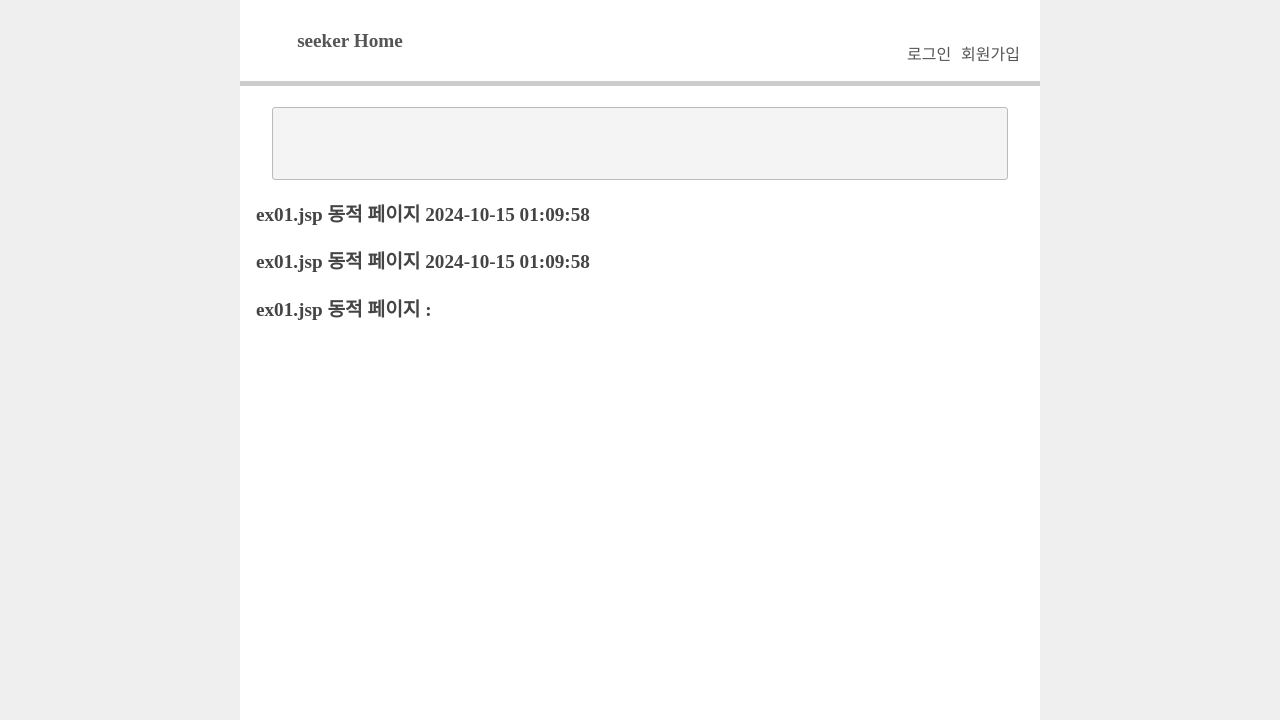
Repository: Seeker2250/JspTest
Page: http://localhost/jspPro/days01/ex01.jsp
An editor plug-in stored every save of this project. The page is shown before and after the next save, followed by the edit.
The browser window is 1280 px wide. The pictures show the whole page.
Some web fonts or font styles are not loaded; a fallback is used. The page is served by Tomcat 9. Other server files are loaded and not shown.

Above is the page before, as saved 2024-10-15 03:10:39.
Console error: SyntaxError: Unexpected number

### jspPro/src/main/webapp/days01/ex01.jsp
<%@page import="java.text.DateFormat"%>
<%@page import="java.text.SimpleDateFormat"%>
<%@page import="java.util.Date"%>
<%@ page language="java" contentType="text/html; charset=UTF-8"
    pageEncoding="UTF-8"%>
<%
	//scriptlet
	//java 코딩.

	String pattern = "yyyy-MM-dd hh:mm:ss";
	DateFormat dateFormat = new SimpleDateFormat(pattern);
	Date now = new Date();
	String strNow = dateFormat.format(now);
    //System.out.println("Date is " + strNow);
%>
<!DOCTYPE html>
<html>
<head>
<meta charset="UTF-8">
<title>Insert title here</title>
<link rel="shortcut icon" type="image/x-icon" href="http://localhost/jspPro/images/SiSt.ico">
<script src="https://ajax.googleapis.com/ajax/libs/jquery/3.7.1/jquery.min.js"></script>
<meta name="viewport" content="width=device-width, initial-scale=1.0">
<link rel="stylesheet" href="http://localhost/jspPro/resources/cdn-main/example.css">
<script src="http://localhost/jspPro/resources/cdn-main/example.js"></script>
<style>
 span.material-symbols-outlined{
    vertical-align: text-bottom;
 }
</style>
</head>
<body>
<header>
  <h1 class="main"><a href="#" style="position: absolute;top:30px;">seeker Home</a></h1>
  <ul>
    <li><a href="#">로그인</a></li>
    <li><a href="#">회원가입</a></li>
  </ul>
</header>
<div>
 <xmp class="code">

  </xmp>
  <h3>ex01.jsp 동적 페이지 <%= strNow %></h3><!-- 이건 expression이야. 내부적으론 scriptlet으로 바뀌어 -->
  <h3>ex01.jsp 동적 페이지 <% out.println(strNow); %></h3><!-- 이건 scriptlet -->
  <!-- out이 출력 담당하는 내부 객체야 출력 스트림 객체 -->

  <h3>ex01.jsp 동적 페이지 : <span id="now"></span></h3>
  <script>
  	let now = <%= strNow %>;
  	$("#now").html("now");
  </script>
</div>
</body>
</html>

### jspPro/src/main/webapp/resources/cdn-main/example.css
@charset "UTF-8";

@import url('https://fonts.googleapis.com/css2?family=Material+Symbols+Outlined:opsz,wght,FILL,GRAD@20..48,100..700,0..1,-50..200');

@font-face {
    font-family: 'GmarketSansMedium';
    src: url('https://cdn.jsdelivr.net/gh/projectnoonnu/noonfonts_2001@1.1/GmarketSansMedium.woff') format('woff');
    font-weight: normal;
    font-style: normal;
}

:root {
	--text-color: #555;
	--sub-text-color: #777;
	--back-color: #EFEFEF;
	--header-color: #444;
	--primary-color: #DEDEDE;
	--secondary-color: #EFEFEF;
	--default-width: 800px;
	--narrow-width: 500px;
	--wide-width: 1200px;
	--text-font: 'GmarketSansMedium';
	--icon-font: 'Material Symbols Outlined';
	--border-color: #CCC;
}

html, body {
	margin: 0;
	padding: 0;
}

html {
	background-color: var(--back-color);
	display: flex;
	justify-content: center;
	min-height: 100vh;
}

body, body.default {
	width: var(--default-width);
	background-color: white;
	padding-bottom: 120px;
}

body.wide {
	width: var(--wide-width);
}

body.narrow {
	width: var(--narrow-width);
}



body, p, div, span, a, input, select, option, textarea, button, table, th, td, label, fieldset, legend {
	font-family: var(--text-font);
	color: var(--text-color);
}

h1, h2, h3 {
	font-family: var(--text-font);
	color: var(--header-color);
	padding: 0 1rem;
	padding-top: .5rem;
}

div > h1, div > h2, div > h3 {
	padding: 0;
}

body > div, body > main > div {
	padding: 0.3rem 1rem;
}


h1 { font-size: 2rem; border-bottom: 1px solid var(--border-color); }
h1 small { font-size: 1.2rem; color: var(--sub-text-color); }
h2 { font-size: 1.5rem; border-bottom: 1px dashed var(--border-color); }
h2 small { font-size: 1.1rem; color: --sub-text-color; }
h3 { font-size: 1.2rem; }
h3 small { font-size: 1rem; color: --sub-text-color; }



h1.main::before {
	font-family: var(--icon-font);
  	content: '\e666';
  	margin-right: 10px;
  	float: left;
	font-size: 2.5rem;
}

h1.sub::before {
	font-family: var(--icon-font);
  	content: '\ea19';
  	margin-right: 10px;
  	float: left;
	font-size: 2.5rem;
}


h1.page::before {
	font-family: var(--icon-font);
  	content: '\e0e0';
  	margin-right: 10px;
  	float: left;
	font-size: 2.5rem;
}

body > header > ul > li > .active{
	background-color: #FFF;
	color:#F00;
}

body > header {
	display: flex;
	justify-content: space-between;
	border-bottom: 5px solid var(--border-color);
	min-height: 74px;
	background-color: #FFF;
}

body > header.sticky {
	position: sticky;
	top: 0;
	z-index: 98;
}

body > header > h1 {
	font-size: 1.2rem;
	border: 0;
}

body > header.in > h1::before {
	font-family: var(--icon-font);
  	content: '\e332‥';
  	margin-right: 3px;
  	float: left;
	font-size: 2rem;
}


body > header > ul {
	list-style-type: none;
	display: flex;
	align-items: flex-end;
	margin-right: 10px;
}

body > header > ul > li {
	margin-right: 10px;
	cursor: pointer;
}

body > header > ul > li > a {
	cursor: pointer;
}


form {
	display: block;
}

form > div {
	padding: 0.3rem 1rem;
}

div > form > div {
	padding: 0.3rem 0;
}

input, textarea, button, select {
	border: 1px solid #BBB;
	border-radius: 3px;
	outline: none;
	resize: none;
	padding: 7px;
	margin: 0;
}

input[type=text]:read-only, textarea:read-only {
	cursor: not-allowed;
	background-color: #FFF;
}

input[type=text]:disabled, textarea:disabled {
	cursor: not-allowed;
	background-color: #EEE;
}

input[type=text], input[type=password], textarea, button, select {
	/* width: 300px; */
}

textarea {
	display: block;
	height: 100px;
}

input[type=button], input[type=submit], button {
	/* width: inherit; */
}

input.short, textarea.short, button.short, select.short {
	width: 100px;
}

input.long, textarea.long, button.long, select.long {
	width: 350px;
}

.narrow input.long, .narrow textarea.long, .narrow button.long, .narrow select.long {
	width: calc(100% - 20px);
}

input.full, textarea.full, button.full, select.full {
	width: calc(100% - 20px);
}

textarea.short {
	height: 50px;
}

textarea.long {
	height: 100px;
}

textarea.full {
	height: 200px;
}

input, textarea {
	padding-top: 8px;
}

input[type=button], input[type=submit], button {
	padding: 5px 10px;
	background-color: var(--secondary-color);
	cursor: pointer;
	min-height: 36px;
}

input[type=button].primary, input[type=submit].primary, button.primary {
	/* background-color: rgba(100, 149, 237, .2); */
	background-color: var(--primary-color);
}

input[type=button].primary:hover, input[type=submit].primary:hover, button.primary:hover {
	/* background-color: rgba(100, 149, 237, .3); */
	background-color: var(--secondary-color);
}

input[type=button]:hover, input[type=submit]:hover, button:hover {
	background-color: var(--primary-color);
}

button {
	position: relative;
	left: 0;
	top: 0;
	padding-left: 35px;
}

button .material-symbols-outlined {
	position: absolute;
	left: 10px;
	top: 4px;
}

/* k2nik add */
button.login::before {
	font-family: var(--icon-font);
  	content: '\ea77';
	position: absolute;
	left: 11px;
	top: 4px;
	font-size: 1.25rem;
}

/* k2nik logout */
button.logout::before {
	font-family: var(--icon-font);
  	content: '\e9ba';
	position: absolute;
	left: 11px;
	top: 4px;
	font-size: 1.25rem;
}

/* k2nik help */
button.help::before {
	font-family: var(--icon-font);
  	content: '\f1c0';
	position: absolute;
	left: 11px;
	top: 4px;
	font-size: 1.25rem;
}

button.add::before{
	font-family: var(--icon-font);
  	content: '\e746';
	position: absolute;
	left: 11px;
	top: 4px;
	font-size: 1.25rem;
}

button.back::before {
	font-family: var(--icon-font);
  	content: '\e166';
	position: absolute;
	left: 11px;
	top: 4px;
	font-size: 1.25rem;
}

button.list::before {
	font-family: var(--icon-font);
  	content: '\e0ee';
	position: absolute;
	left: 11px;
	top: 4px;
	font-size: 1.25rem;
}


button.del::before {
	font-family: var(--icon-font);
  	content: '\e872';
	position: absolute;
	left: 11px;
	top: 4px;
	font-size: 1.25rem;
}


button.edit::before {
	font-family: var(--icon-font);
  	content: '\e745';
	position: absolute;
	left: 11px;
	top: 4px;
	font-size: 1.25rem;
}


button.login::before {
	font-family: var(--icon-font);
  	content: '\ea77';
	position: absolute;
	left: 11px;
	top: 4px;
	font-size: 1.25rem;
}


button.logout::before {
	font-family: var(--icon-font);
  	content: '\e9ba';
	position: absolute;
	left: 11px;
	top: 4px;
	font-size: 1.25rem;
}


button.in::before {
	font-family: var(--icon-font);
  	content: '\f71a';
	position: absolute;
	left: 11px;
	top: 4px;
	font-size: 1.25rem;
}


button.out::before {
	font-family: var(--icon-font);
  	content: '\f70e';
	position: absolute;
	left: 11px;
	top: 4px;
	font-size: 1.25rem;
}


button.reply::before {
	font-family: var(--icon-font);
  	content: '\e15e';
	position: absolute;
	left: 11px;
	top: 4px;
	font-size: 1.25rem;
}


button.comment::before {
	font-family: var(--icon-font);
  	content: '\e0b9';
	position: absolute;
	left: 11px;
	top: 4px;
	font-size: 1.25rem;
}


button.modal::before {
	font-family: var(--icon-font);
  	content: '\e89e';
	position: absolute;
	left: 11px;
	top: 4px;
	font-size: 1.25rem;
}


button.ok::before {
	font-family: var(--icon-font);
  	content: '\e86c';
	position: absolute;
	left: 11px;
	top: 4px;
	font-size: 1.25rem;
}


button.cancel::before {
	font-family: var(--icon-font);
  	content: '\e5c9';
	position: absolute;
	left: 11px;
	top: 4px;
	font-size: 1.25rem;
}

button.search::before {
	font-family: var(--icon-font);
  	content: '\e8b6';
	position: absolute;
	left: 11px;
	top: 4px;
	font-size: 1.25rem;
}

button.home::before {
	font-family: var(--icon-font);
  	content: '\e88a';
	position: absolute;
	left: 11px;
	top: 4px;
	font-size: 1.25rem;
}


button.sidebar::before {
	font-family: var(--icon-font);
  	content: '\f7e4';
	position: absolute;
	left: 11px;
	top: 4px;
	font-size: 1.25rem;
}


button.sidebar-right::before {
	font-family: var(--icon-font);
  	content: '\f7e5';
	position: absolute;
	left: 11px;
	top: 4px;
	font-size: 1.25rem;
}




button::before {
	font-family: var(--icon-font);
  	content: '\e323';
	position: absolute;
	left: 11px;
	top: 4px;
	font-size: 1.25rem;
}


table {
	border-collapse: collapse;
	margin: 1rem;
	box-sizing: border-box;
	width: calc(100% - 32px);
}

table.content {
	width: auto;
}

div > table {
	margin: 0;
}

table th, table td {
	border: 1px solid var(--border-color);
	padding: 7px;
	font-weight: normal;
}

table th {
	background-color: var(--back-color);
}

table.vertical th {
	width: 150px;
}

table.vertical td {
	width: calc(100% - 182px);
	padding-left: 10px;
}

table.content td, table.content th {
	width: auto;
}

body.narrow table.vertical th {
	width: 100px;
}

body.narrow table.vertical td {
	width: calc(100% - 182px);
}


table + table {
	margin-top: 30px;
}


p {
	padding: 0 1rem;
}

a {
	text-decoration: none;
}

a:hover {
	color: rgba(255, 99, 71, .7);
}

hr {
	border: 0;
	border-top: 1px solid var(--border-color);
	margin: 2rem 0;
}

.message {
	border: 1px solid var(--border-color);
	background-color: #EFEFEF;
	margin: 1rem;
	width: auto;
	padding-top: 10px;
	padding-bottom: 10px;
	font-size: 14px;
}

.message[title]::before {
	content: attr(title);
	display: block;
	border-bottom: 1px solid var(--border-color);
	padding-bottom: 5px;
	margin-bottom: 10px;
	margin-top: 7px;
}

.message.short {
	max-width: 250px;
}

.message.long {
	max-width: 500px;
}

.badge {
	float: right;
	font-size: .8rem;
	margin-top: 2px;
	margin-right: 2px;
	text-shadow: 0 0 7px gray;
}

.badge.left {
	float: none;
	margin-left: 2px;
}

.badge.right {
	float: right;
}

.badge.red {
	border-radius: 50%;
	padding: 2px 5px;
	background-color: rgb(255, 99, 71, .3);
}

.badge.yellow {

	border-radius: 50%;
	padding: 2px 5px;
	background-color: rgb(255, 215, 0, .5);
}

.badge.blue {
	border-radius: 50%;
	padding: 2px 5px;
	background-color: rgb(100, 149, 237, .3);
}

label + label {
	margin-left: 7px;
}

label input[type=checkbox], label input[type=radio] {
	transform: translate(0, 1px);
}

.group {
	display: flex;
}

.modal-content .group {
	margin-bottom: .5rem;
}

.group label {
	border: 1px solid #BBB;
	border-radius: 3px;
	outline: none;
	resize: none;
	padding: 7px 14px;
	margin: 0;
	border-top-right-radius: 0;
	border-bottom-right-radius: 0;
	background-color: #EFEFEF;
	white-space: nowrap;
	font-size: 14px;
}

.group input[type=text] {
	margin-left: -1px;
	border-top-left-radius: 0;
	border-bottom-left-radius: 0;
}

.group select {
	margin-left: -1px;
	border-top-left-radius: 0;
	border-bottom-left-radius: 0;
}

.group input.full[type=text] {
	margin-left: -1px;
	border-top-left-radius: 0;
	border-bottom-left-radius: 0;
	width: 100%;
}

.group input[type=button]:first-child, .group button:first-child {
	border-top-left-radius: 3px;
	border-bottom-left-radius: 3px;
	margin-left: 0px;
}

.group input[type=button], .group button {
	border-radius: 0;
	margin-left: -1px;
}

.group input[type=button]:last-child, .group button:last-child {
	margin-left: -1px;
	border-top-right-radius: 3px;
	border-bottom-right-radius: 3px;
}

.seperate {
	display: flex;
	justify-content: space-between;
}

div.list {
	width: max-content;
	margin: 1rem;
	border: 1px solid #BBB;
	border-radius: 3px;
	padding: 0;
}

div.list.full {
	width: auto;
	display: block;
	margin: 1rem;
	border: 1px solid #BBB;
	border-radius: 3px;
	padding: 0;
}

div.list > div {
	padding: .5rem 1rem;
	margin: 0;
	border-bottom: 1px solid #BBB;
}

div.list > div:last-child {
	border-bottom: 0;
}

pre.code , xmp.code{
	font-family: consols;
	background-color: rgba(150, 150, 150, .1);
	border: 1px solid #BBB;
	border-radius: 3px;
	padding: .5rem 1rem;
	padding-bottom: .6rem;
	margin: 1rem;
}




*[data-modal-window] {
	position: fixed;
	background-color: rgba(0, 0, 0, .3);
	left: 0;
	top: 0;
	display: none;
	justify-content: center;
	align-items: flex-start;
	width: 100%;
	min-height: 100vh;
	z-index: 100;
	opacity: 0;
	transition: 500ms all;
}

*[data-modal-window] .modal-container {
	border-radius: 5px;
	padding: 1rem;
	padding-bottom: .5rem;
	margin-top: -500px;
	opacity: 0;
	width: 500px;
	background-color: #FFF;
	margin-right: 2rem;
	transition: 500ms all;
}

*[data-modal-size=content] .modal-container {
	width: auto;
}

*[data-modal-size=narrow] .modal-container {
	width: 300px;
}

*[data-modal-size=wide] .modal-container {
	width: 760px;
}


*[data-modal-window] .modal-header {
	border-bottom: 1px solid var(--border-color);
	padding: 2px 5px;
}

*[data-modal-window] .modal-content {
	padding: 1rem 5px;
}

*[data-modal-window] .modal-content div:last-child {
	margin-top: 1rem;
	text-align: right;
}



*[data-sidebar-window] {
	position: fixed;
	background-color: #FFF;
	left: 0;
	top: 0;
	display: block;
	width: 300px;
	border-right: 1px solid var(--border-color);
	box-sizing: border-box;
	box-shadow: 0 0 3px var(--back-color);
	min-height: 100vh;
	z-index: 99;
	transform: translate(-300px, 0);
	transition-duration: 500ms;
	transition-property: transform;
}

*[data-sidebar-direction=right] {
	left: auto;
	right: 0;
	transform: translate(300px, 0);
	border-left: 1px solid var(--border-color);
}

*[data-sidebar-size=wide] {
	width: 500px;
	transform: translate(-500px, 0);
}

*[data-sidebar-window] .sidebar-title {
	border-bottom: 1px solid var(--border-color);
	margin-top: 20px;
	margin-bottom: 20px;
	padding-bottom: 5px;
	display: flex;
	justify-content: space-between;
}

*[data-sidebar-window] .sidebar-title span:last-child {
	cursor: pointer;
}


/* K2Nik pagination */
.center {
  text-align: center;
}

.pagination {
  display: inline-block;
}

.pagination a {
  color: black;
  float: left;
  padding: 3px 6px;
  text-decoration: none;
  transition: background-color .3s;
  border: 1px solid #ddd;
  margin: 0 3px;
}

.pagination a.active {
  background-color: #4CAF50;
  color: white;
  border: 1px solid #4CAF50;
}

.pagination a:hover:not(.active) {background-color: #ddd;}

### jspPro/src/main/webapp/resources/cdn-main/example.js

window.onload = () => {

    const list = document.querySelectorAll('input, textarea');

    list.forEach(item => {
        item.setAttribute('autocomplete', 'off');
    });


    const modal_btn_list = document.querySelectorAll('*[data-modal-button]');

    modal_btn_list.forEach(item => {
        item.onclick = function() {

            const name = this.dataset['modalButton'];
            const modal_window = document.querySelector('*[data-modal-window=' + name);

            const container = document.createElement('div');
            container.className = 'modal-container';



            const modal_header = document.createElement('div');
            modal_header.textContent = modal_window.dataset['modalTitle'];
            modal_header.className = 'modal-header';
            container.appendChild(modal_header);

            const modal_content = document.createElement('div');
            modal_content.className = 'modal-content';
            container.appendChild(modal_content);

            Array.from(modal_window.childNodes).forEach(item => {
                modal_content.appendChild(item);
            });

            modal_window.appendChild(container);

            modal_window.style.display = 'flex';

            setTimeout(() => {
                modal_window.style.opacity = 1;
                container.style.marginTop = '20px';
                container.style.opacity = 1;
            }, 50);


            const modal_ok = document.querySelector('*[data-modal-ok=' + name);
            modal_ok.addEventListener('click', function() {
                modal_window.style.opacity = 0;
                container.style.marginTop = '-500px';
                container.style.opacity = 0;

                setTimeout(() => {
                    modal_window.innerHTML = modal_content.innerHTML;
                    modal_window.style.display = 'none';
                }, 500);

            });

            const modal_cancel = document.querySelector('*[data-modal-cancel=' + name);
            modal_cancel.addEventListener('click', function() {

                modal_window.style.opacity = 0;
                container.style.marginTop = '-500px';
                container.style.opacity = 0;

                setTimeout(() => {
                    modal_window.innerHTML = modal_content.innerHTML;
                    modal_window.style.display = 'none';
                }, 500);
            });


        };
    });


    const sidebar_btn_list = document.querySelectorAll('*[data-sidebar-button]');

    sidebar_btn_list.forEach(item => {
        item.onclick = function() {



            const name = this.dataset['sidebarButton'];
            const sidebar_window = document.querySelector('*[data-sidebar-window=' + name);

            if (sidebar_window.style.transform == 'translate(0px, 0px)') return;



            sidebar_window.style.transform = 'translate(0, 0)';

            const sidebar_title = document.createElement('div');
            sidebar_title.className = 'sidebar-title';
            sidebar_title.innerHTML = '<span>' + sidebar_window.dataset['sidebarTitle'] + '</span><span class="material-symbols-outlined">close</span>';

            sidebar_title.children[1].onclick = function() {

                let sign = 1;
                let distance = 300;

                if (sidebar_window.dataset['sidebarDirection'] != 'right') {
                    sign = -1;
                } else {
                    sign = 1;
                }

                if (sidebar_window.dataset['sidebarSize'] != 'wide') {
                    distance = 300;
                } else {
                    distance = 500;
                }

                distance *= sign;

                sidebar_window.style.transform = 'translate(' + distance + 'px, 0)';

                setTimeout(function() {
                    sidebar_window.removeChild(sidebar_window.children[0]);
                }, 500);
            };


            sidebar_window.prepend(sidebar_title);

        }
    });

};

// window.onkeydown = function(event) {

//     if (event.keyCode == 27) {
//         if (document.querySelector('[data-modal-window').style.display == 'flex') {
//             document.querySelector('[data-modal-window').style.display = 'none';
//         }
//     }

// };

After the next save:
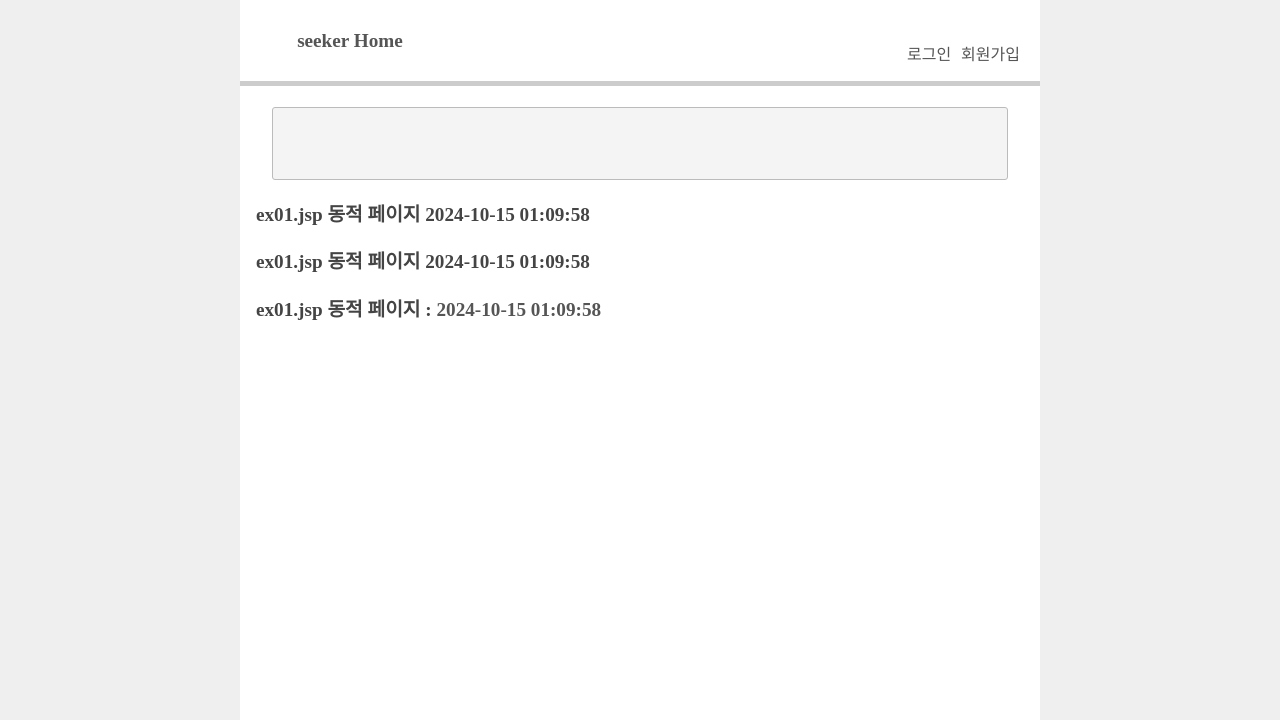
The error is gone.
Saved 22 s later.
--- a/jspPro/src/main/webapp/days01/ex01.jsp
+++ b/jspPro/src/main/webapp/days01/ex01.jsp
@@ -47,8 +47,8 @@
 
   <h3>ex01.jsp 동적 페이지 : <span id="now"></span></h3>
   <script>
-  	let now = <%= strNow %>;
-  	$("#now").html("now");
+  	let now = '<%= strNow %>';
+  	$("#now").html(now);
   </script>
 </div>
 </body>
